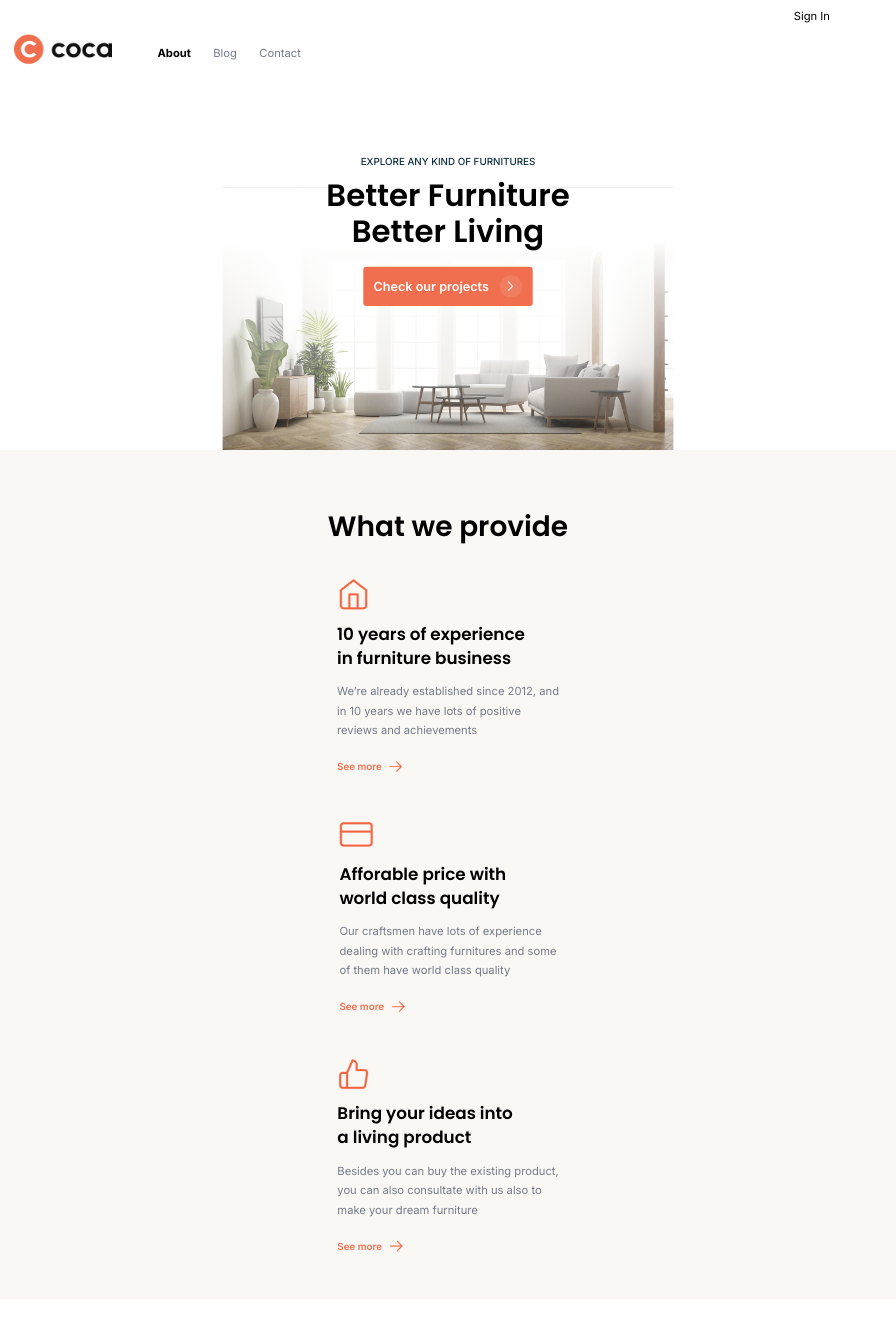
Repository: MatheusEich15/FrontEnd
Page: Prova 1 FrontEnd/Prova 1 FrontEnd/index.html
These files come from the project's save history. The page is drawn as it stood at one moment and after a run of saves; the edit follows.
The browser window is 1280 px wide. The pictures show the part of the page from y = 0 to 1920 px (the page is 5014 px tall before and 4958 px after), at 70% of full size.

Above is the page before, as saved 2026-03-13 10:41:41.

After the next 3 saves:
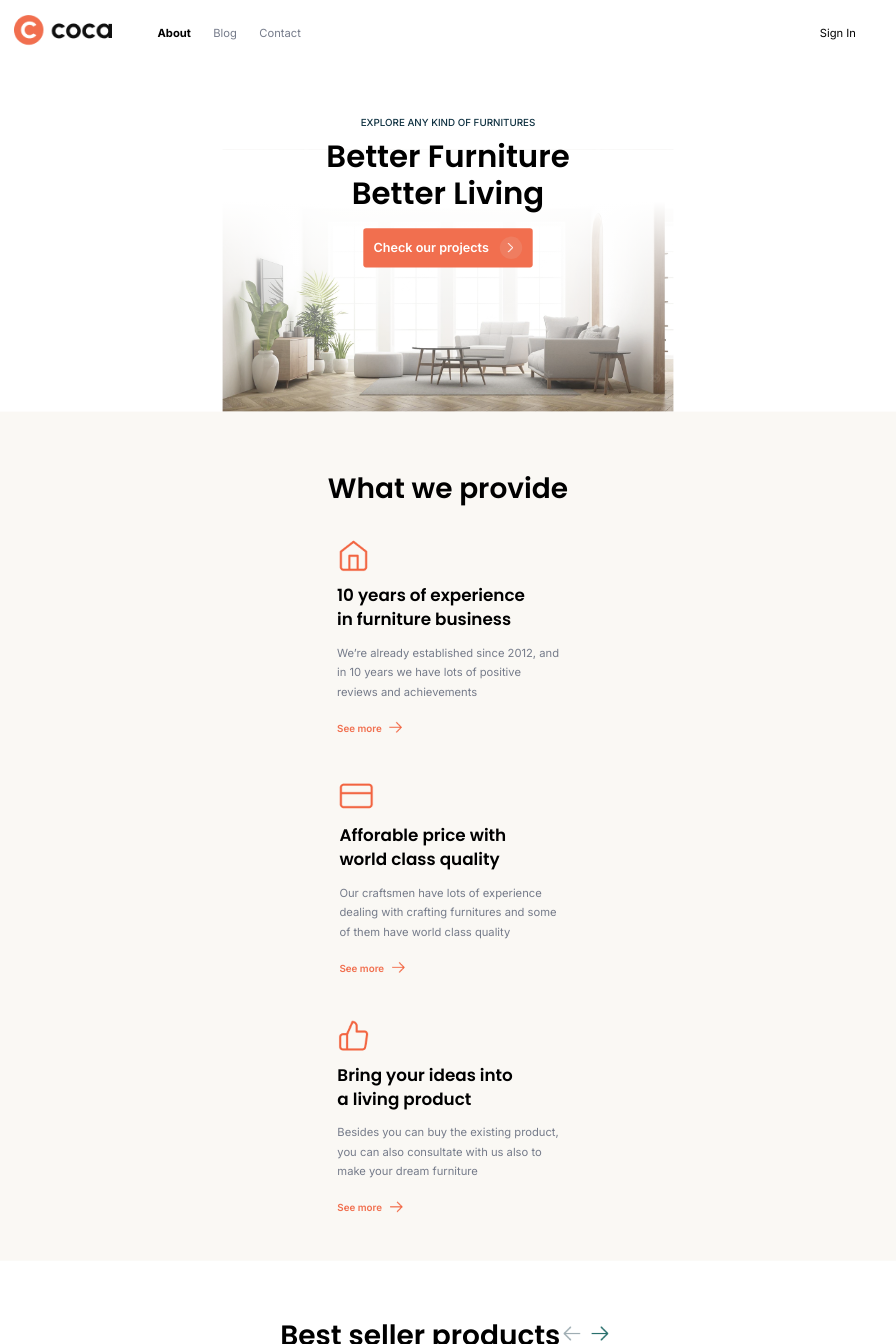
The 3 saves are shown as one change because they came seconds apart.
The last was saved 10 s later.
--- a/Prova 1 FrontEnd/Prova 1 FrontEnd/style.css
+++ b/Prova 1 FrontEnd/Prova 1 FrontEnd/style.css
@@ -630,8 +630,10 @@ footer {
 
     #sign-in-btn {
         width: 7.875rem;
-        height: 7.875rem;
+        height: 3.5rem;
         display: flex;
+        justify-content: center;
+        align-items: center;
     }
 
     #header-btn button {
